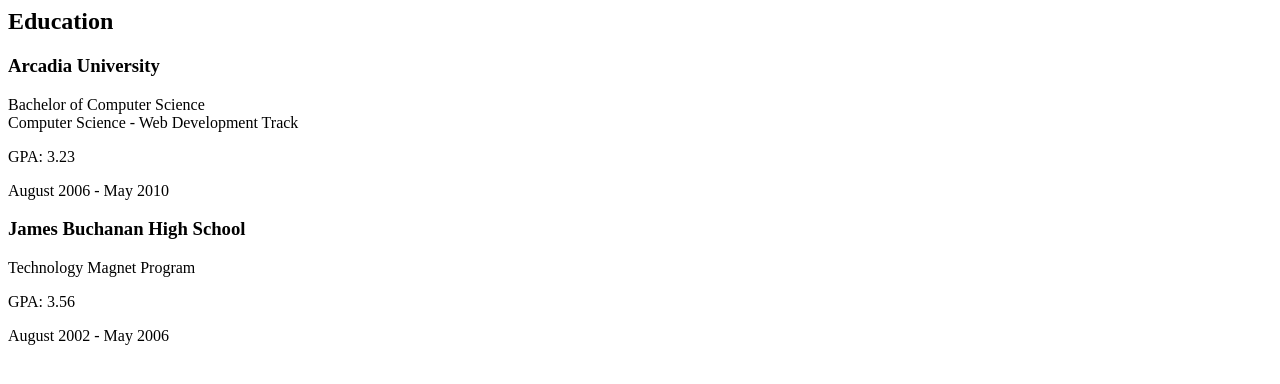
Repository: rchilders4/rchilders4.github.io
Page: RChilders/_includes/edu.html
The author's editor kept a record of every edit. The page is drawn from the files as they stood at one moment, then again after the next edit.
The browser window is 1280 px wide. The pictures show the whole page.

Above is the page before.

After the next edit:
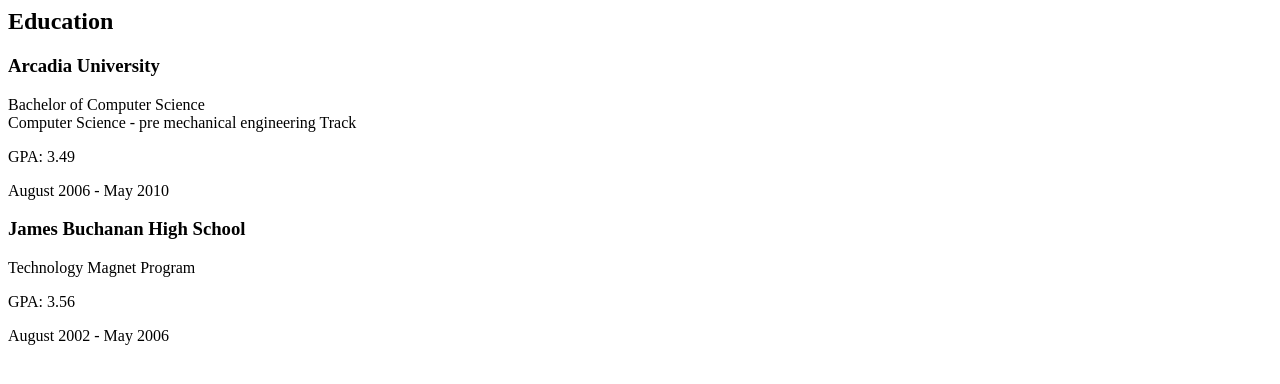
The edit:
--- a/RChilders/_includes/edu.html
+++ b/RChilders/_includes/edu.html
@@ -6,8 +6,8 @@
           <div class="resume-content">
             <h3 class="mb-0">Arcadia University</h3>
             <div class="subheading mb-3">Bachelor of Computer Science</div>
-            <div>Computer Science - Web Development Track</div>
-            <p>GPA: 3.23</p>
+            <div>Computer Science - pre mechanical engineering Track</div>
+            <p>GPA: 3.49</p>
           </div>
           <div class="resume-date text-md-right">
             <span class="text-primary">August 2006 - May 2010</span>
